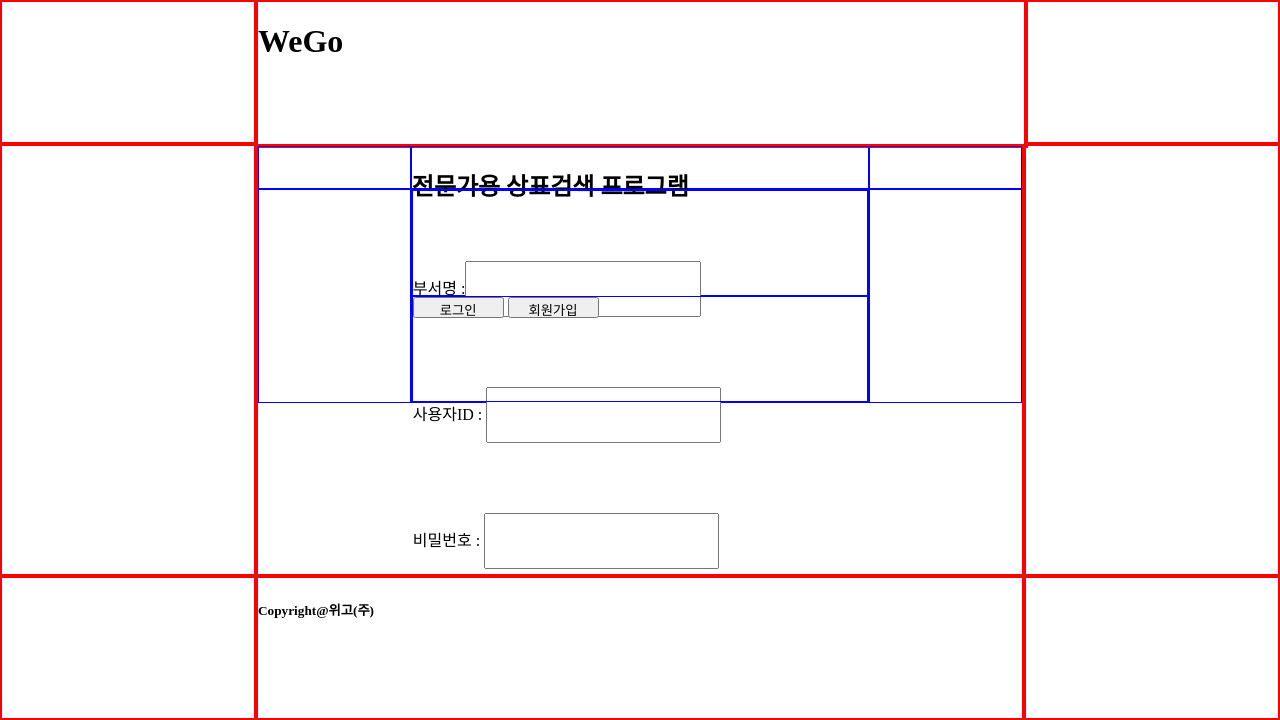
Repository: hamuse/wego1
Page: http://localhost/teamW1/facade.do
The author's editor kept a copy of each file at every save. The page is drawn from the files as they stood at one save, then again after the next save.
The browser window is 1280 px wide. The pictures show the whole page.
Some web libraries are served in a nearby version. The page is served by Tomcat 9.

Above is the page before, as saved 2019-10-07 11:13:46.

After the next save:
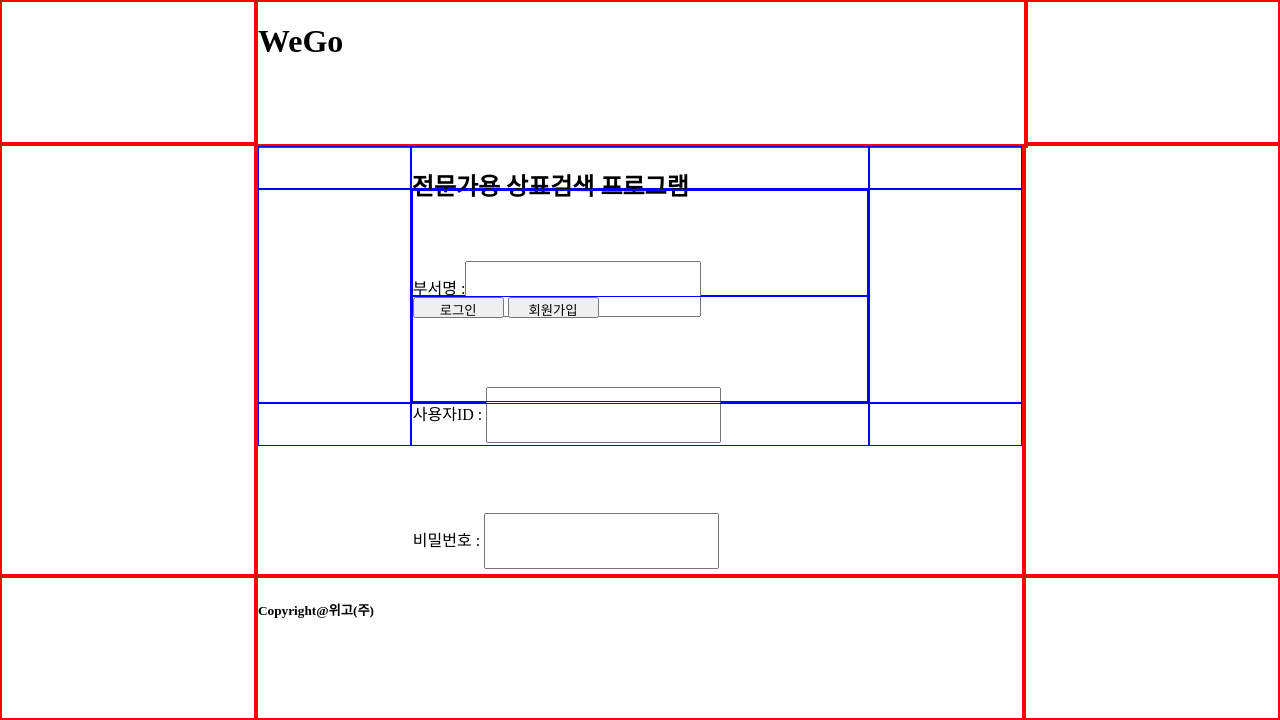
Saved 19 s later.
--- a/teamW1/WebContent/WEB-INF/views/facade/main.jsp
+++ b/teamW1/WebContent/WEB-INF/views/facade/main.jsp
@@ -16,6 +16,6 @@
     </c:when>
 </c:choose>
 </div>
-<div></div>
+<div></div><div></div><div></div><div></div>
 </div>
 <jsp:include page="../common/foot.jsp"/>
